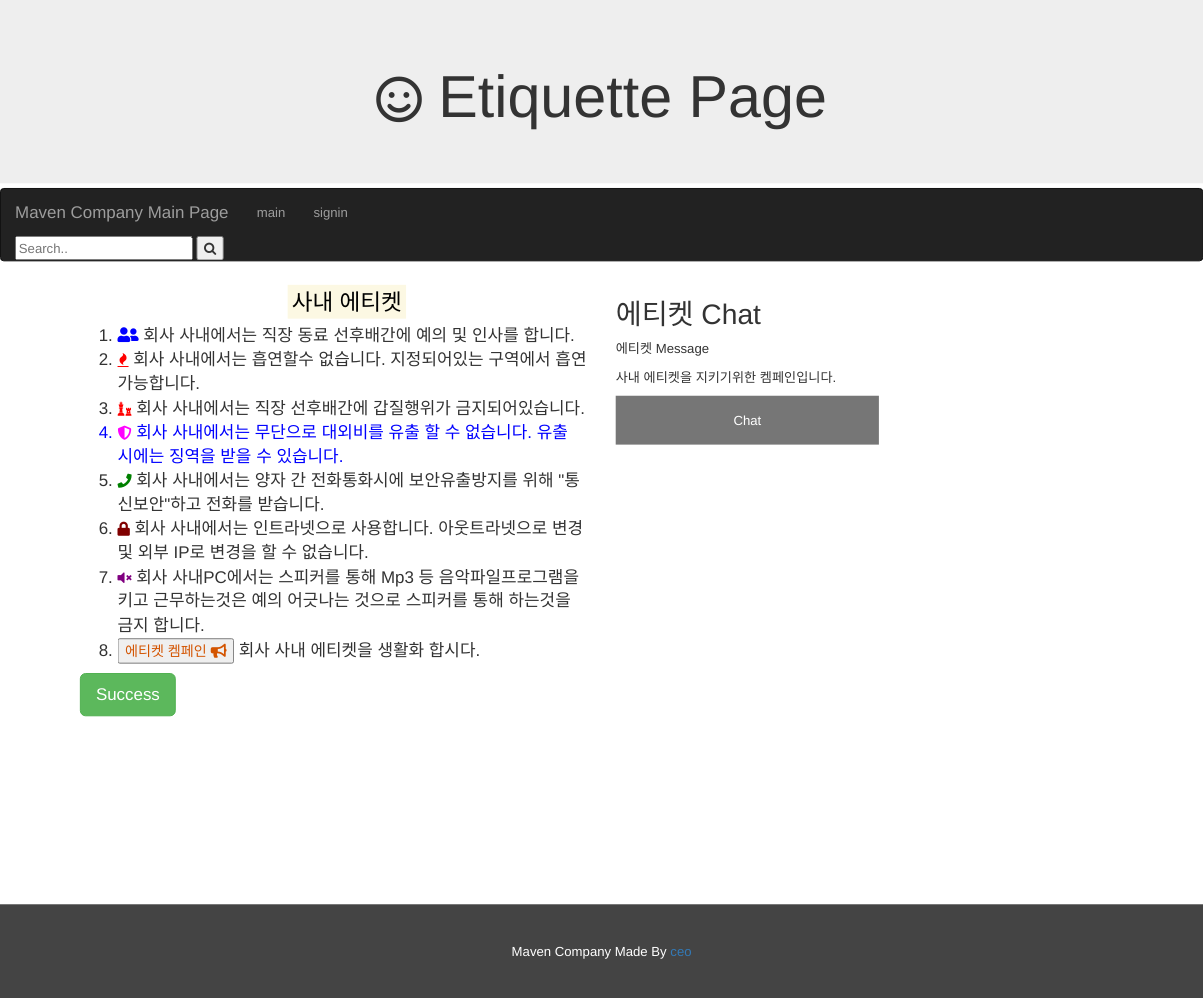
Repository: as2019a/spring
Page: http://localhost/ch19_project_mavenwebsite/WEB-INF/views/etiquette.jsp
An editor plug-in stored every save of this project. The page is shown before and after the next save, followed by the edit.
The browser window is 1280 px wide. The pictures show the whole page, at 94% of full size.
The pointer rests on the first visible `#d`.
Some web libraries are served in a nearby version. The page is served by Tomcat 9. Nobody is signed in. Other server files are loaded and not shown. The template is opened directly, without the code that normally fills it, so the values that code supplies are empty.

Above is the page before, as saved 2019-01-29 07:30:16.

### ch19_project_mavenwebsite/src/main/webapp/WEB-INF/views/etiquette.jsp
<%@ page language="java" contentType="text/html; charset=UTF-8"
    pageEncoding="UTF-8"%>
<%@ taglib prefix="c" uri="http://java.sun.com/jsp/jstl/core" %>
<%@ taglib prefix="sql" uri="http://java.sun.com/jstl/sql" %>
<%@ taglib prefix="sec" uri="http://www.springframework.org/security/tags"%>
<!DOCTYPE html>
<html>
<head>
<meta charset="UTF-8">
<meta name="viewport"
 	  content="width=device-width, initial-scale=1">
<title>Maven Home page</title>
<link href="https://maxcdn.bootstrapcdn.com/bootstrap/3.3.2/css/bootstrap.min.css" rel="stylesheet">
<link rel="stylesheet" href="https://use.fontawesome.com/releases/v5.5.0/css/all.css">
<link rel="stylesheet" href="https://cdnjs.cloudflare.com/ajax/libs/font-awesome/4.7.0/css/font-awesome.min.css">
<link rel="stylesheet" href="https://fonts.googleapis.com/icon?family=Material+Icons">
<style>
	.jumbotron{
		margin-bottom: 5px;
	}

	/* Button used to open the chat form - fixed at the bottom of the page */
	.open-button {
	  background-color: #555;
	  color: white;
	  padding: 16px 20px;
	  border: none;
	  cursor: pointer;
	  opacity: 0.8;
	  position: static;
	  bottom: 23px;
	  right: 28px;
	  width: 280px;
	}

	/* The popup chat - hidden by default */
	.chat-popup {
	  display: none;
	  position: fixed;
	  bottom: 0;
	  right: 15px;
	  border: 3px solid #f1f1f1;
	  z-index: 9;
	}

	/* Add styles to the form container */
	.form-container {
	  max-width: 300px;
	  padding: 10px;
	  background-color: white;
	}

	/* Full-width textarea */
	.form-container textarea {
	  width: 100%;
	  padding: 15px;
	  margin: 5px 0 22px 0;
	  border: none;
	  background: #f1f1f1;
	  resize: none;
	  min-height: 200px;
	}

	/* When the textarea gets focus, do something */
	.form-container textarea:focus {
	  background-color: #ddd;
	  outline: none;
	}

	/* Set a style for the submit/send button */
	.form-container .btn {
	  background-color: #4CAF50;
	  color: white;
	  padding: 16px 20px;
	  border: solid;
	  cursor: pointer;
	  width: 100%;
	  margin-bottom:10px;
	  opacity: 0.8;
	}

	/* Add a red background color to the cancel button */
	.form-container .cancel {
	  background-color: red;
	}

	/* Add some hover effects to buttons */
	.form-container .btn:hover, .open-button:hover {
	  opacity: 1;
	}

	#a:hover{
		color:blue;
	}

	#b:hover{
		color:red;
	}

	#c:hover{
		color:blue;
	}

	#d:hover{
		color:blue;
	}

	#e:hover{
		color:blue;
	}

	#f:hover{
		color:blue;
	}

	#g:hover{
		color:red;
	}

	.footer{
		height: 100px;
		line-height: 100px;
		background-color: #444;
		color: white;
		text-align: center;
		margin-top: 200px;
	}
</style>
</head>
<body>
	<div class="jumbotron">
		<h1 class="text-center"><i class='far fa-smile' style='font-size:50px'></i> Etiquette Page</h1>
	</div>
	<div class="navbar navbar-inverse">
		<div class="container-fluid">
			<div class="navbar-header">
					<button type="button"
							class="navbar-toggle"
							data-toggle="collapse"
							data-target="#navbar">
							<span class="icon-bar"></span>
							<span class="icon-bar"></span>
							<span class="icon-bar"></span>
					</button>
					<a class="navbar-brand" href="#">Maven Company Main Page</a>
	    		</div>
	    	<div>
	      	<div class="collapse navbar-collapse" id="myNavbar">
				<ul class="nav navbar-nav">
					<li><a href="/main">main</a></li>
					<sec:authorize access="!isAuthenticated()">
					<li><a href="/user/signin">signin</a></li>
					</sec:authorize>
					<sec:authorize access="isAuthenticated()">
					<li><a href="/user/signup">signup</a></li>
					</sec:authorize>
					<sec:authorize access="isAuthenticated()">
					<li><a href="/board/list">board</a></li>
					</sec:authorize>
					<sec:authorize access="isAuthenticated()">
					<li><a href="/mypage">mypage</a></li>
					</sec:authorize>
					<sec:authorize access="isAuthenticated()">
					<li><a href="/address">address</a></li>
					</sec:authorize>
					<sec:authorize access="isAuthenticated()">
					<li><a href="/cafe">cafe</a></li>
					</sec:authorize>
					<sec:authorize access="isAuthenticated()">
					<li><a href="/calendar">calendar</a></li>
					</sec:authorize>
					<sec:authorize access="isAuthenticated()">
					<li><a href="/worlduniversity">worlduniversity</a></li>
					</sec:authorize>
					<sec:authorize access="isAuthenticated()">
					<li><a href="/etc">etc</a></li>
					</sec:authorize>
					<sec:authorize access="hasRole('ROLE_MANAGER')">
					<li><a href="/manager">manager</a></li>
					</sec:authorize>
					<sec:authorize access="hasRole('ROLE_ADMIN')">
					<li><a href="/admin">admin</a></li>
					</sec:authorize>
					<sec:authorize access="isAuthenticated()">
					<li><a href="javascript:signout()">signout</a></li>
					</sec:authorize>
				</ul>
			</div>
		</div>
			<div class="search-container">
		    <form action="/action_page.php">
		      <input type="text" placeholder="Search.." name="search">
		      <button type="submit"><i class="fa fa-search"></i></button>
		    </form>
		  </div>
		</div>
	</div>
	<div class="container">
		<div class="row">
			<div class="col-lg-12">
				<div class="col-lg-6">
					<h4 style="text-align:center;font-size:x-large;"><i class='fas fa-user' style='font-size:24px;color:background;'></i> <mark>사내 에티켓</mark></h4>
					<ol style="font-size:large;">
						<li id="a" title="">
						<i class='fas fa-user-friends' style='font-size:15x;color:blue;'></i> 회사 사내에서는 직장 동료 선후배간에 예의 및 인사를 합니다.</li>
						<li id="b" title="">
						<i class="fa fa-fire" style="font-size:15px;color:red;"></i> 회사 사내에서는 흡연할수 없습니다. 지정되어있는 구역에서 흡연 가능합니다.</li>
						<li id="c" title="">
						<i class='fas fa-chess' style='font-size:15px;color:red;'></i> 회사 사내에서는 직장 선후배간에 갑질행위가 금지되어있습니다.</li>
						<li id="d" title="">
						<i class='fas fa-shield-alt' style='font-size:15px;color:fuchsia;'></i> 회사 사내에서는 무단으로 대외비를 유출 할 수 없습니다. 유출 시에는 징역을 받을 수 있습니다.</li>
						<li id="e" title="">
						<i class='fas fa-phone' style='font-size:15px;color:green;'></i> 회사 사내에서는 양자 간 전화통화시에 보안유출방지를 위해 "통신보안"하고 전화를 받습니다.</li>
						<li id="f" title="">
						<i class='fas fa-lock' style='font-size:15px;color:maroon;'></i> 회사 사내에서는 인트라넷으로 사용합니다. 아웃트라넷으로 변경 및 외부 IP로 변경을 할 수 없습니다.</li>
						<li id="g" title="MP3, CDP 등 저장매체가 들어가있는 전자제품 반입시에는 반입하기전에 1층 보안관리지휘통제실을 거쳐서 허가 받아야 가능합니다.">
						<i class='fas fa-volume-mute' style='font-size:15px;color:purple;'></i> 회사 사내PC에서는 스피커를 통해 Mp3 등 음악파일프로그램을 키고 근무하는것은 예의 어긋나는 것으로
						스피커를 통해 하는것을 금지 합니다.</li>
						<li><button style='font-size:15px;color:#d35400;' onclick="location.href='eittes.jsp'"> 에티켓 켐페인 <i class='fas fa-bullhorn'></i></button> 회사 사내 에티켓을 생활화 합시다.</li>
					</ol>
					<button type="button" class="btn btn-success btn-lg" data-toggle="popover" title="Popover title" data-content="And here's some amazing content. It's very engaging. Right?">Success</button>
				</div>
				<div class="col-lg-6">
					<h2>에티켓 Chat</h2>
					<p>에티켓 Message</p>
					<p>사내 에티켓을 지키기위한 켐페인입니다.</p>

					<button class="open-button" onclick="openForm()">Chat</button>

					<div class="chat-popup" id="myForm">
					  <form action="/action_page.php" class="form-container">
					    <h1 style="text-align:center;" title="사내 예절 켐페인 운동">에티켓 Message</h1>

					    <label for="msg"><b>Message</b></label>
					    <textarea placeholder="Type message.." name="msg" required title="Message area"></textarea>

					    <button type="submit" class="btn" title="post">Send</button>
					    <button type="button" class="btn cancel" onclick="closeForm()" title="exit">Close</button>
					  </form>

					  <a href="#" data-toggle="popover" title="Popover Header" data-content="사내 에티켓 켐페인 Message는 Send 버튼 누를시에 에티켓 페이지
					  게시판에 post를 거쳐서 올라갑니다.">Message 루트</a>
					</div>
				</div>
			</div>
		</div>
	</div>
	<div class="footer">
		Maven Company Made By <a href="/footerceo">ceo</a>
	</div>
	<script src="https://code.jquery.com/jquery-3.3.1.min.js"></script>
	<script src="https://maxcdn.bootstrapcdn.com/bootstrap/3.3.2/js/bootstrap.min.js"></script>
	<script>
		function signout(){
			var form = document.createElement("form");
			form.method="post";
			form.action="/user/signout";
			var input = document.createElement("input");
			input.type="hidden";
			input.name="${_csrf.parameterName}";
			input.value="${_csrf.token}";
			form.appendChild(input);
			document.body.appendChild(form);
			form.submit();
		}

		$(document).ready(function(){
			 $('[data-toggle="popover"]').popover();
		});

		function openForm() {
			document.getElementById("myForm").style.display = "block";
		}

		function closeForm() {
			document.getElementById("myForm").style.display = "none";
		}
	</script>
</body>
</html>

After the next save:
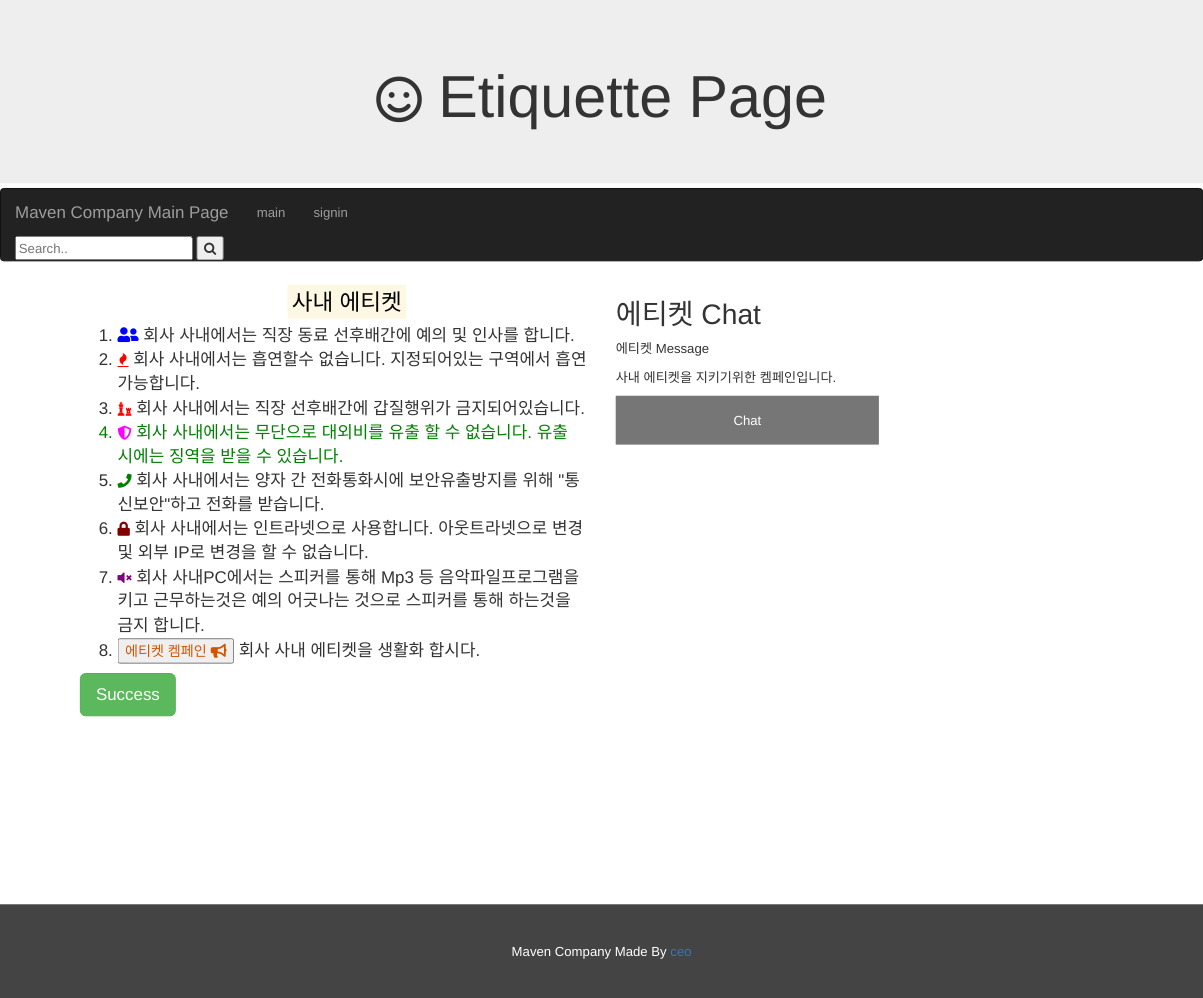
Saved 21 s later.
--- a/ch19_project_mavenwebsite/src/main/webapp/WEB-INF/views/etiquette.jsp
+++ b/ch19_project_mavenwebsite/src/main/webapp/WEB-INF/views/etiquette.jsp
@@ -102,7 +102,7 @@
 	}
 
 	#d:hover{
-		color:blue;
+		color:green;
 	}
 
 	#e:hover{
